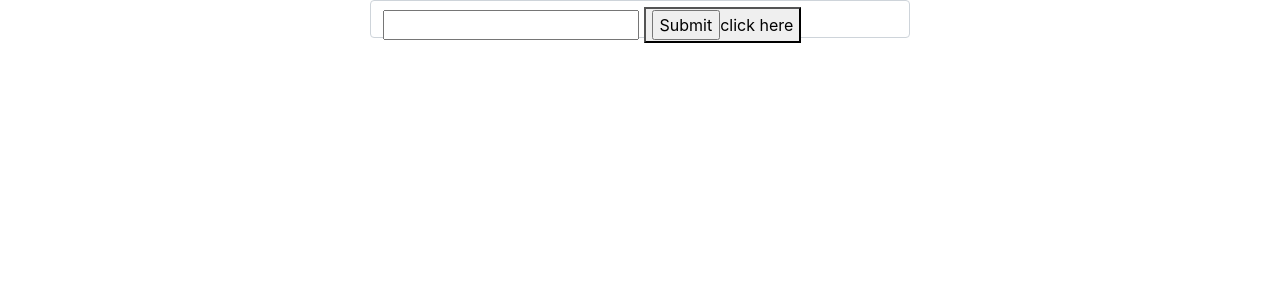
Repository: prashantkumarbind/Hospital-Weather-Concept
Page: http://localhost/weather-app/
An editor plug-in stored every save of this project. The page is shown before and after the next save, followed by the edit.
The browser window is 1280 px wide. The pictures show the whole page.
The page is served by Tomcat 9.

Above is the page before, as saved 2024-01-19 03:53:29.

After the next save:
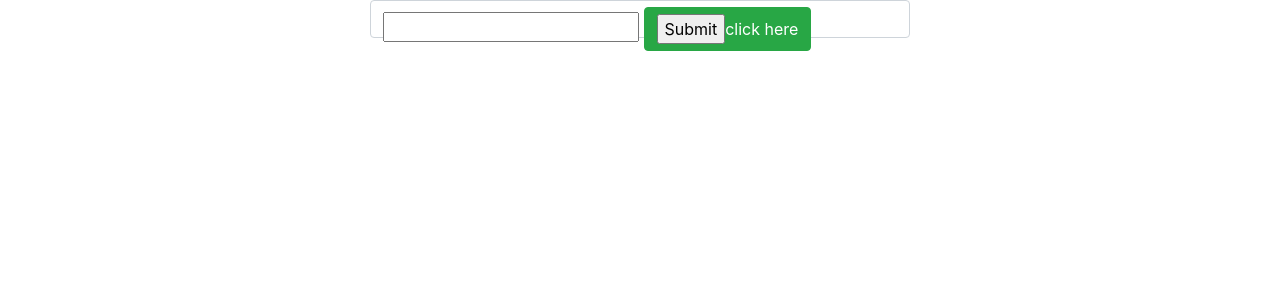
Saved 35 s later.
--- a/weather-app/src/main/webapp/index.jsp
+++ b/weather-app/src/main/webapp/index.jsp
@@ -19,7 +19,7 @@
 						<form action="FormDataController" method="Post">
 							 <div class="form-control">
 							 	<input type="text" name="city_name" class="">
-							 	<button clas="btn btn-success"><input type="submit" name="submit">click here</button>
+							 	<button class="btn btn-success"><input type="submit">click here</button>
 							 </div>
 						</form>
 					</div>
